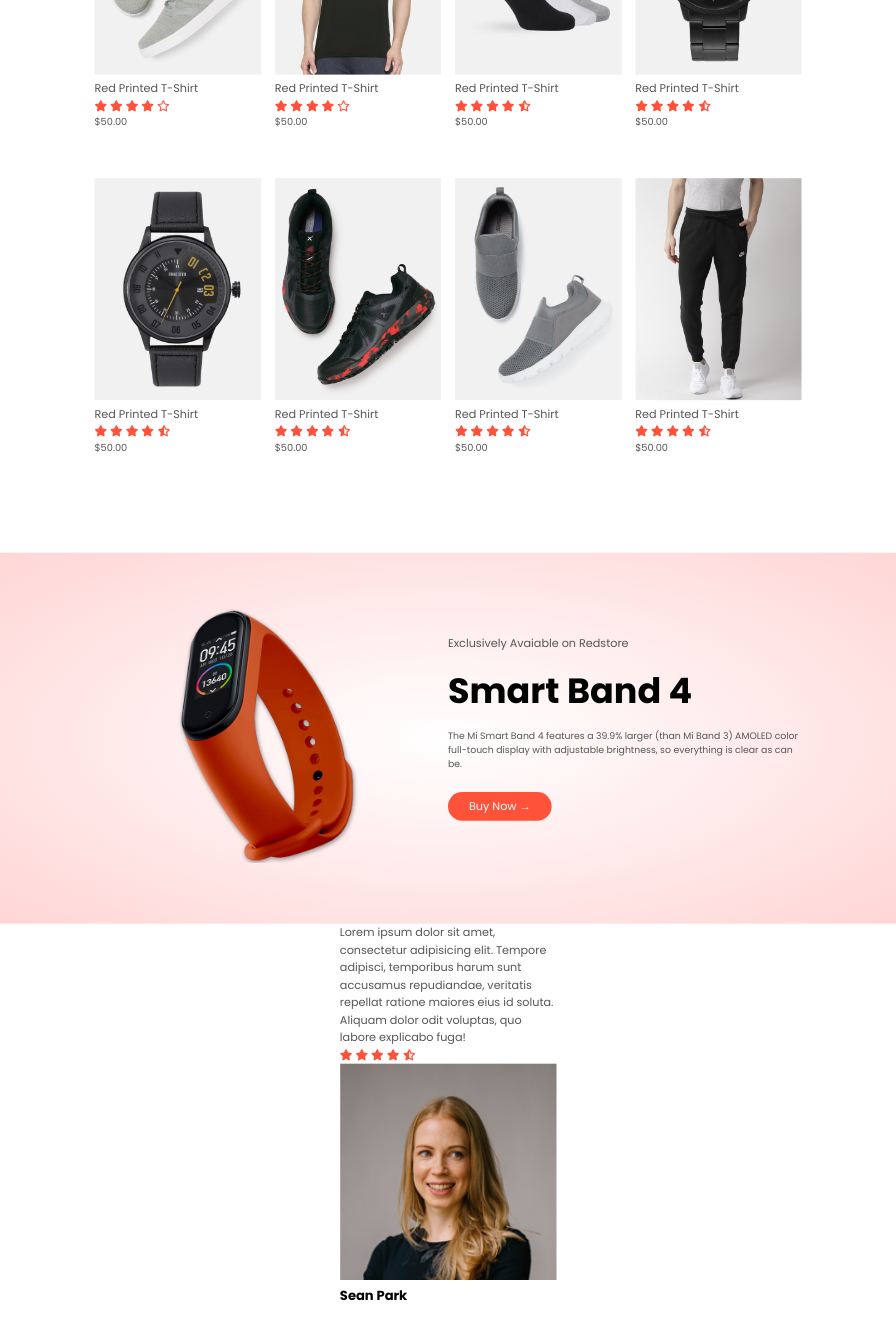
Repository: datvu1608/redsportstore
Page: index.html
The author's editor kept a copy of each file at every save. The page is drawn from the files as they stood at one save, then again after the next save.
The browser window is 1280 px wide. The pictures show the part of the page from y = 2271 to 4191 px (the page is 4166 px tall before and 4191 px after), at 70% of full size.

Above is the page before, as saved 2023-11-23 14:54:04.

### index.html
<!DOCTYPE html>
<html lang="en">
  <head>
    <meta charset="UTF-8" />
    <meta name="viewport" content="width=device-width, initial-scale=1.0" />
    <title>Restore | Ecommerce Website Design</title>
    <link
      href="https://fonts.googleapis.com/css2?family=Poppins:wght@300;400;500;600;700&display=swap"
      rel="stylesheet"
    />
    <link
      rel="stylesheet"
      href="https://cdnjs.cloudflare.com/ajax/libs/font-awesome/6.4.2/css/all.min.css"
    />
    <link rel="stylesheet" href="./styles.css" />
  </head>
  <body>
    <div class="header">
      <div class="container">
        <div class="navbar">
          <div class="logo">
            <img src="./images/logo.png" alt="" width="125px" />
          </div>
          <nav>
            <ul>
              <li>
                <a href="#">Home</a>
              </li>
              <li>
                <a href="#">Products</a>
              </li>
              <li>
                <a href="#">About</a>
              </li>
              <li>
                <a href="#">Contact</a>
              </li>
              <li>
                <a href="#">Account</a>
              </li>
            </ul>
          </nav>
          <img
            src="./images/cart.png"
            width="30px"
            height="30px"
            alt="cart-icon"
          />
        </div>
        <div class="row">
          <div class="col-2">
            <h1>Give Your Workout <br />A New Style!</h1>
            <p>
              Succes isn't always about greatness. It's about consistency.
              Consistent hard work gains success. Greatness will come.
            </p>
            <a href="" class="btn">Explore Now &#8594;</a>
          </div>
          <div class="col-2">
            <img src="./images/image1.png" alt="" />
          </div>
        </div>
      </div>
    </div>
    <!-- featured categories -->
    <div class="categories">
      <div class="small-container">
        <div class="row">
          <div class="col-3">
            <img src="./images/category-1.jpg" alt="" />
          </div>
          <div class="col-3">
            <img src="./images/category-2.jpg" alt="" />
          </div>
          <div class="col-3">
            <img src="./images/category-3.jpg" alt="" />
          </div>
        </div>
      </div>
    </div>
    <!-- featured-products -->
    <div class="small-container">
      <h2 class="title">Featured Products</h2>
      <div class="row">
        <div class="col-4">
          <img src="./images/product-1.jpg" alt="" />
          <h4>Red Printed T-Shirt</h4>
          <div class="rating">
            <i class="fa-solid fa-star"></i>
            <i class="fa-solid fa-star"></i>
            <i class="fa-solid fa-star"></i>
            <i class="fa-solid fa-star"></i>
            <i class="fa-regular fa-star"></i>
          </div>
          <p>$50.00</p>
        </div>
        <div class="col-4">
          <img src="./images/product-2.jpg" alt="" />
          <h4>Red Printed T-Shirt</h4>
          <div class="rating">
            <i class="fa-solid fa-star"></i>
            <i class="fa-solid fa-star"></i>
            <i class="fa-solid fa-star"></i>
            <i class="fa-solid fa-star"></i>
            <i class="fa-regular fa-star"></i>
          </div>
          <p>$50.00</p>
        </div>
        <div class="col-4">
          <img src="./images/product-3.jpg" alt="" />
          <h4>Red Printed T-Shirt</h4>
          <div class="rating">
            <i class="fa-solid fa-star"></i>
            <i class="fa-solid fa-star"></i>
            <i class="fa-solid fa-star"></i>
            <i class="fa-solid fa-star"></i>
            <i class="fa-solid fa-star-half-stroke"></i>
          </div>
          <p>$50.00</p>
        </div>
        <div class="col-4">
          <img src="./images/product-4.jpg" alt="" />
          <h4>Red Printed T-Shirt</h4>
          <div class="rating">
            <i class="fa-solid fa-star"></i>
            <i class="fa-solid fa-star"></i>
            <i class="fa-solid fa-star"></i>
            <i class="fa-solid fa-star"></i>
            <i class="fa-solid fa-star-half-stroke"></i>
          </div>
          <p>$50.00</p>
        </div>
      </div>
      <h2 class="title">Lates Products</h2>
      <div class="row">
        <div class="col-4">
          <img src="./images/product-5.jpg" alt="" />
          <h4>Red Printed T-Shirt</h4>
          <div class="rating">
            <i class="fa-solid fa-star"></i>
            <i class="fa-solid fa-star"></i>
            <i class="fa-solid fa-star"></i>
            <i class="fa-solid fa-star"></i>
            <i class="fa-regular fa-star"></i>
          </div>
          <p>$50.00</p>
        </div>
        <div class="col-4">
          <img src="./images/product-6.jpg" alt="" />
          <h4>Red Printed T-Shirt</h4>
          <div class="rating">
            <i class="fa-solid fa-star"></i>
            <i class="fa-solid fa-star"></i>
            <i class="fa-solid fa-star"></i>
            <i class="fa-solid fa-star"></i>
            <i class="fa-regular fa-star"></i>
          </div>
          <p>$50.00</p>
        </div>
        <div class="col-4">
          <img src="./images/product-7.jpg" alt="" />
          <h4>Red Printed T-Shirt</h4>
          <div class="rating">
            <i class="fa-solid fa-star"></i>
            <i class="fa-solid fa-star"></i>
            <i class="fa-solid fa-star"></i>
            <i class="fa-solid fa-star"></i>
            <i class="fa-solid fa-star-half-stroke"></i>
          </div>
          <p>$50.00</p>
        </div>
        <div class="col-4">
          <img src="./images/product-8.jpg" alt="" />
          <h4>Red Printed T-Shirt</h4>
          <div class="rating">
            <i class="fa-solid fa-star"></i>
            <i class="fa-solid fa-star"></i>
            <i class="fa-solid fa-star"></i>
            <i class="fa-solid fa-star"></i>
            <i class="fa-solid fa-star-half-stroke"></i>
          </div>
          <p>$50.00</p>
        </div>
        <div class="col-4">
          <img src="./images/product-9.jpg" alt="" />
          <h4>Red Printed T-Shirt</h4>
          <div class="rating">
            <i class="fa-solid fa-star"></i>
            <i class="fa-solid fa-star"></i>
            <i class="fa-solid fa-star"></i>
            <i class="fa-solid fa-star"></i>
            <i class="fa-solid fa-star-half-stroke"></i>
          </div>
          <p>$50.00</p>
        </div>
        <div class="col-4">
          <img src="./images/product-10.jpg" alt="" />
          <h4>Red Printed T-Shirt</h4>
          <div class="rating">
            <i class="fa-solid fa-star"></i>
            <i class="fa-solid fa-star"></i>
            <i class="fa-solid fa-star"></i>
            <i class="fa-solid fa-star"></i>
            <i class="fa-solid fa-star-half-stroke"></i>
          </div>
          <p>$50.00</p>
        </div>
        <div class="col-4">
          <img src="./images/product-11.jpg" alt="" />
          <h4>Red Printed T-Shirt</h4>
          <div class="rating">
            <i class="fa-solid fa-star"></i>
            <i class="fa-solid fa-star"></i>
            <i class="fa-solid fa-star"></i>
            <i class="fa-solid fa-star"></i>
            <i class="fa-solid fa-star-half-stroke"></i>
          </div>
          <p>$50.00</p>
        </div>
        <div class="col-4">
          <img src="./images/product-12.jpg" alt="" />
          <h4>Red Printed T-Shirt</h4>
          <div class="rating">
            <i class="fa-solid fa-star"></i>
            <i class="fa-solid fa-star"></i>
            <i class="fa-solid fa-star"></i>
            <i class="fa-solid fa-star"></i>
            <i class="fa-solid fa-star-half-stroke"></i>
          </div>
          <p>$50.00</p>
        </div>
      </div>
    </div>
    <!-- offer -->
    <div class="offer">
      <div class="small-container">
        <div class="row">
          <div class="col-2">
            <img src="./images/exclusive.png" class="offer-img" alt="" />
          </div>
          <div class="col-2">
            <p>Exclusively Avaiable on Redstore</p>
            <h1>Smart Band 4</h1>
            <small
              >The Mi Smart Band 4 features a 39.9% larger (than Mi Band 3)
              AMOLED color full-touch display with adjustable brightness, so
              everything is clear as can be.
            </small>
            <a href="#" class="btn">Buy Now &#8594;</a>
          </div>
        </div>
      </div>
    </div>
    <!-- testimonial -->
    <div class="testimanal">
      <div class="small-container">
        <div class="row">
          <div class="col-3">
            <p>
              Lorem ipsum dolor sit amet, consectetur adipisicing elit. Tempore
              adipisci, temporibus harum sunt accusamus repudiandae, veritatis
              repellat ratione maiores eius id soluta. Aliquam dolor odit
              voluptas, quo labore explicabo fuga!
            </p>
            <div class="rating">
              <i class="fa-solid fa-star"></i>
              <i class="fa-solid fa-star"></i>
              <i class="fa-solid fa-star"></i>
              <i class="fa-solid fa-star"></i>
              <i class="fa-solid fa-star-half-stroke"></i>
            </div>
            <img src="./images/user-1.png" alt="" />
            <h3>Sean Park</h3>
          </div>
        </div>
      </div>
    </div>
  </body>
</html>

### styles.css
* {
  margin: 0;
  padding: 0;
  box-sizing: border-box;
}
body {
  font-family: 'Poppins', sans-serif;
}
a {
  text-decoration: none;
}
.navbar {
  display: flex;
  align-items: center;
  padding: 20px;
}
nav {
  flex: 1;
  text-align: right;
}
nav ul {
  display: inline-block;
  list-style-type: none;
}
nav ul li {
  display: inline-block;
  margin-right: 20px;
}
nav ul li a {
  text-decoration: none;
  color: #555;
}

p {
  color: #555;
}
.container {
  max-width: 1300px;
  margin: auto;
  padding-left: 25px;
  padding-right: 25px;
}
.row {
  display: flex;
  align-items: center;
  flex-wrap: wrap;
  justify-content: space-around;
}
.col-2 {
  flex-basis: 50%;
  min-width: 300px;
}
.col-2 img {
  max-width: 100%;
  padding: 50px 0;
}
.col-2 h1 {
  font-size: 50px;
  line-height: 60px;
  margin: 25px 0;
}
.btn {
  display: inline-block;
  background: #ff523b;
  border-radius: 30px;
  color: #fff;
  padding: 8px 30px;
  margin: 30px 0;
  transition: 0.5s;
}
.btn:hover {
  background: #563434;
}
.header {
  background: radial-gradient(#fff, #ffd6d6);
}
.header .row {
  margin-top: 70px;
}

.categories {
  margin: 70px 0;
}
.col-3 {
  flex-basis: 30%;
  min-width: 250px;
  margin-bottom: 30px;
}
.col-3 img {
  width: 100%;
}
.small-container {
  max-width: 1080px;
  margin: auto;
  padding-left: 25px;
  padding-right: 25px;
}
.col-4 {
  flex-basis: 25%;
  padding: 10px;
  min-width: 200px;
  margin-bottom: 50px;
  transition: 0.5s;
}
.col-4 img {
  width: 100%;
}

.title {
  text-align: center;
  margin: 0 auto 80px;
  position: relative;
  line-height: 60px;
  color: #555;
}
.title::after {
  content: '';
  background: #ff523b;
  width: 80px;
  height: 5px;
  position: absolute;
  border-radius: 5px;
  bottom: 0;
  left: 50%;
  transform: translateX(-50%);
}
h4 {
  color: #555;
  font-weight: normal;
}
.col-4 p {
  font-size: 14px;
}
.rating .fa-star,
.fa-star-half-stroke {
  color: #ff523b;
}

.col-4:hover {
  transform: translateY(-10px);
}
.offer {
  background: radial-gradient(#fff, #ffd6d6);
  margin-top: 80px;
  padding: 30px 0;
}
.col-2 .offer-img {
  padding: 50px;
}
small {
  color: #555;
  display: block;
}

After the next save:
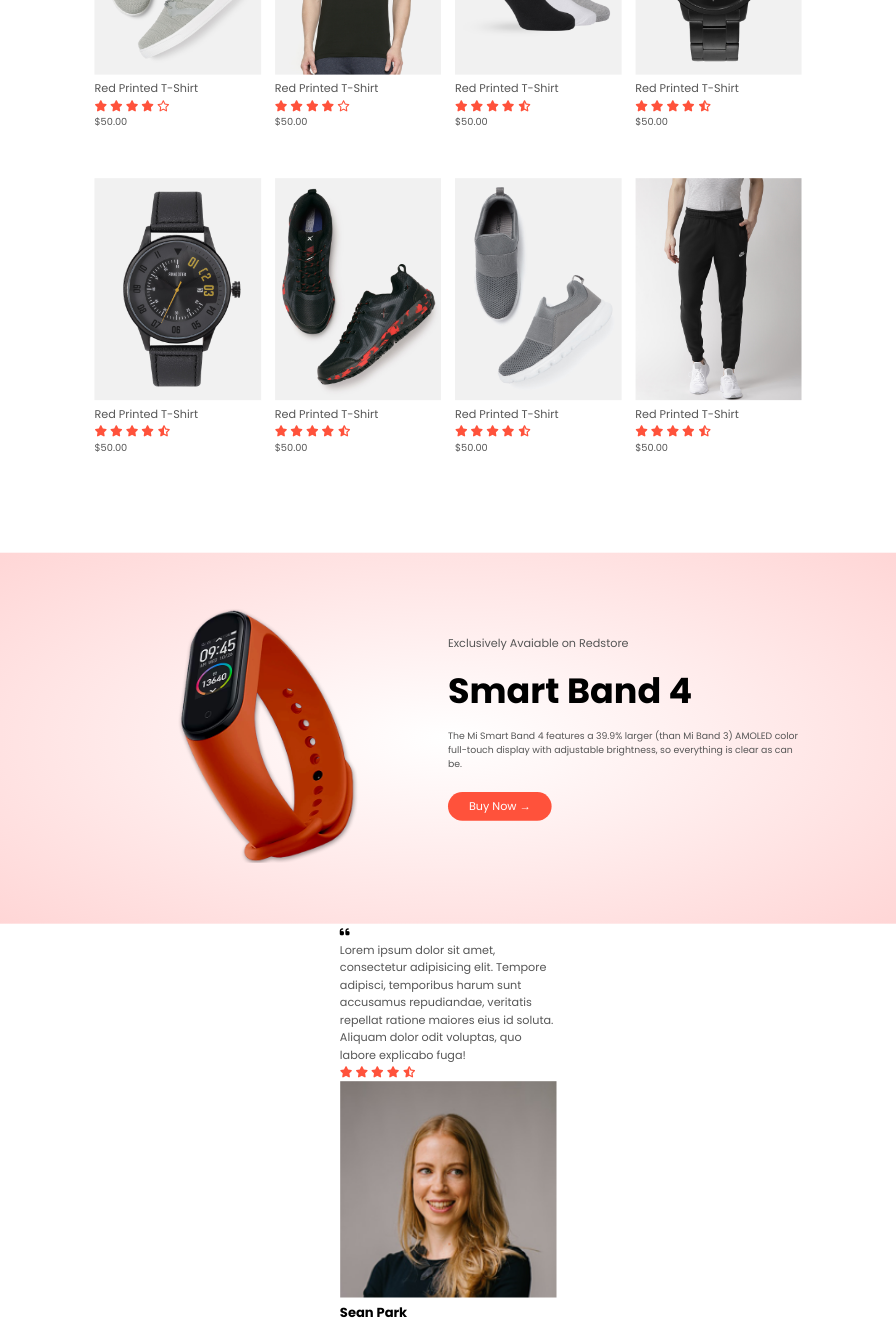
Saved 88 s later.
--- a/index.html
+++ b/index.html
@@ -256,6 +256,7 @@
       <div class="small-container">
         <div class="row">
           <div class="col-3">
+            <i class="fa-solid fa-quote-left"></i>
             <p>
               Lorem ipsum dolor sit amet, consectetur adipisicing elit. Tempore
               adipisci, temporibus harum sunt accusamus repudiandae, veritatis
